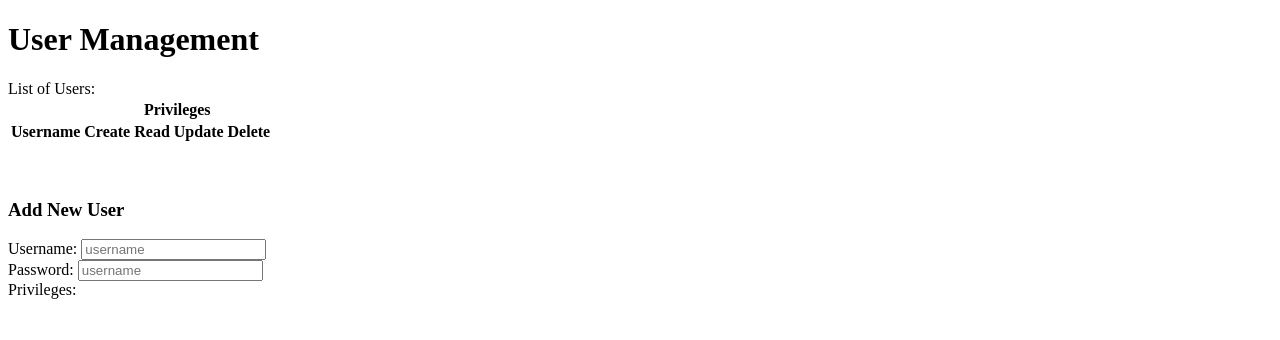
Repository: danalenvargas/TrainingWorkspace
Page: http://localhost/CaseStudyDraft/usermanagement.jsp
These files come from the project's save history. The page is drawn as it stood at one moment and after the next save; the edit follows.
The browser window is 1280 px wide. The pictures show the whole page.
The page is served by Tomcat 9.

Above is the page before, as saved 2018-08-27 00:31:01.

After the next save:
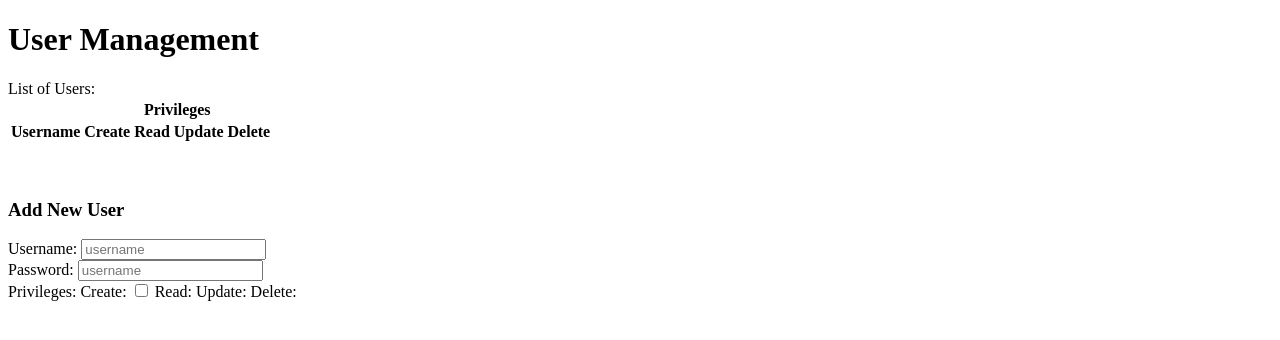
Saved 5 min 24 s later.
--- a/CaseStudyDraft/WebContent/usermanagement.jsp
+++ b/CaseStudyDraft/WebContent/usermanagement.jsp
@@ -38,6 +38,10 @@ List of Users: <br>
 	Username: <input type="text" name="username" placeholder="username"><br>
 	Password: <input type="password" name="username" placeholder="username"><br>
 	Privileges:
+	Create: <input type="hidden" name="canRead" value="0"><input type="checkbox" name="canRead" value="1">
+	Read:
+	Update:
+	Delete:
 </form>
 </body>
 </html>
